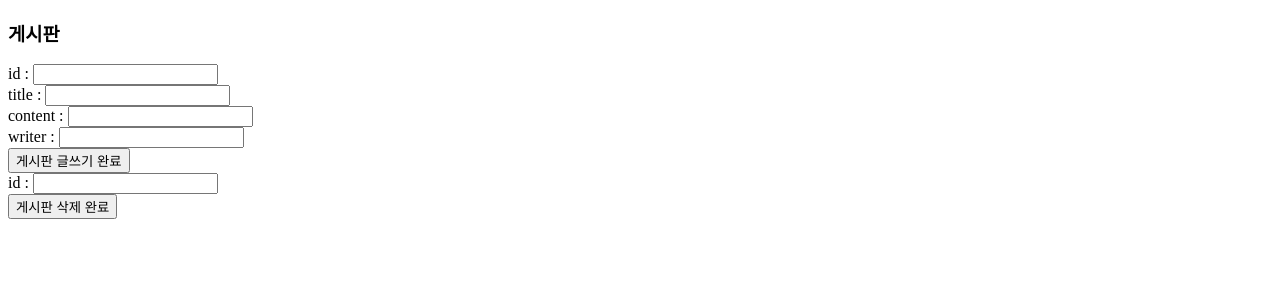
Repository: sds2317884/Spring
Page: http://localhost/spring02/bbs.jsp
These files come from the project's save history. The page is drawn as it stood at one moment and after the next save; the edit follows.
The browser window is 1280 px wide. The pictures show the whole page.
The page is served by Tomcat 9.

Above is the page before, as saved 2022-11-24 02:57:01.

After the next save:
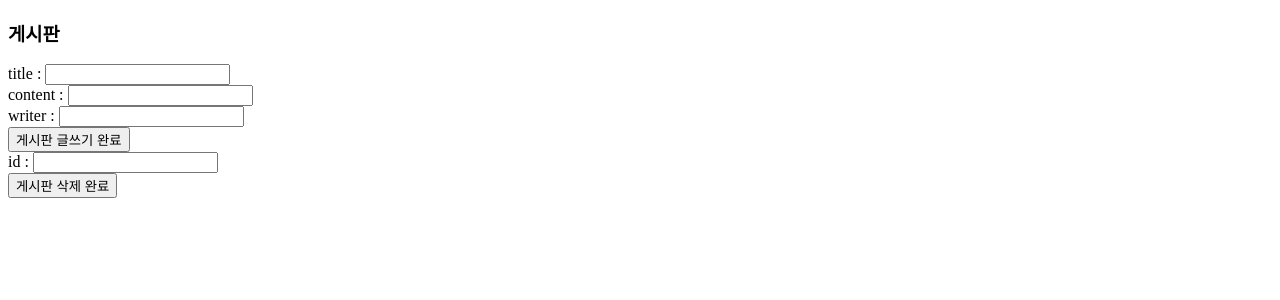
Saved 7 min 57 s later.
--- a/spring02/src/main/webapp/bbs.jsp
+++ b/spring02/src/main/webapp/bbs.jsp
@@ -9,7 +9,6 @@
 <body>
 <h3>게시판</h3>
 <form action="insert2.multi">
-	id : <input name="id"> <br>
 	title : <input name="title"> <br>
 	content : <input name="content"> <br>
 	writer : <input name="writer"> <br>
